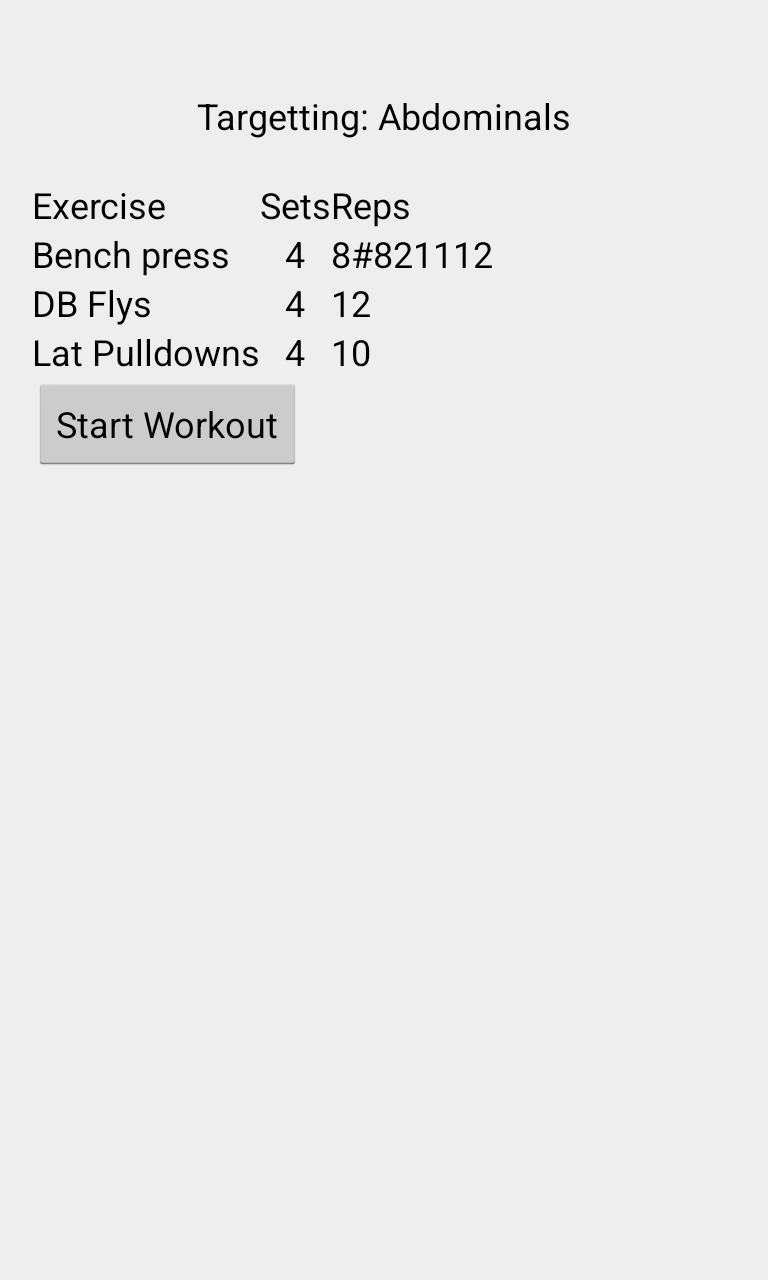
Repository: jmcdon09/EZWorkout
Layout: EzTrain/EzTrain/res/layout/activity_preview_workout.xml
These files come from the project's save history. The layout is drawn as it stood at one moment and after the next save; the edit follows.
It is drawn on a 768 x 1280 px phone screen (xhdpi) without system bars, with theme AppTheme; the app's code is not run.

Above is the layout before, as saved 2014-03-30 14:28:57.

After the next save:
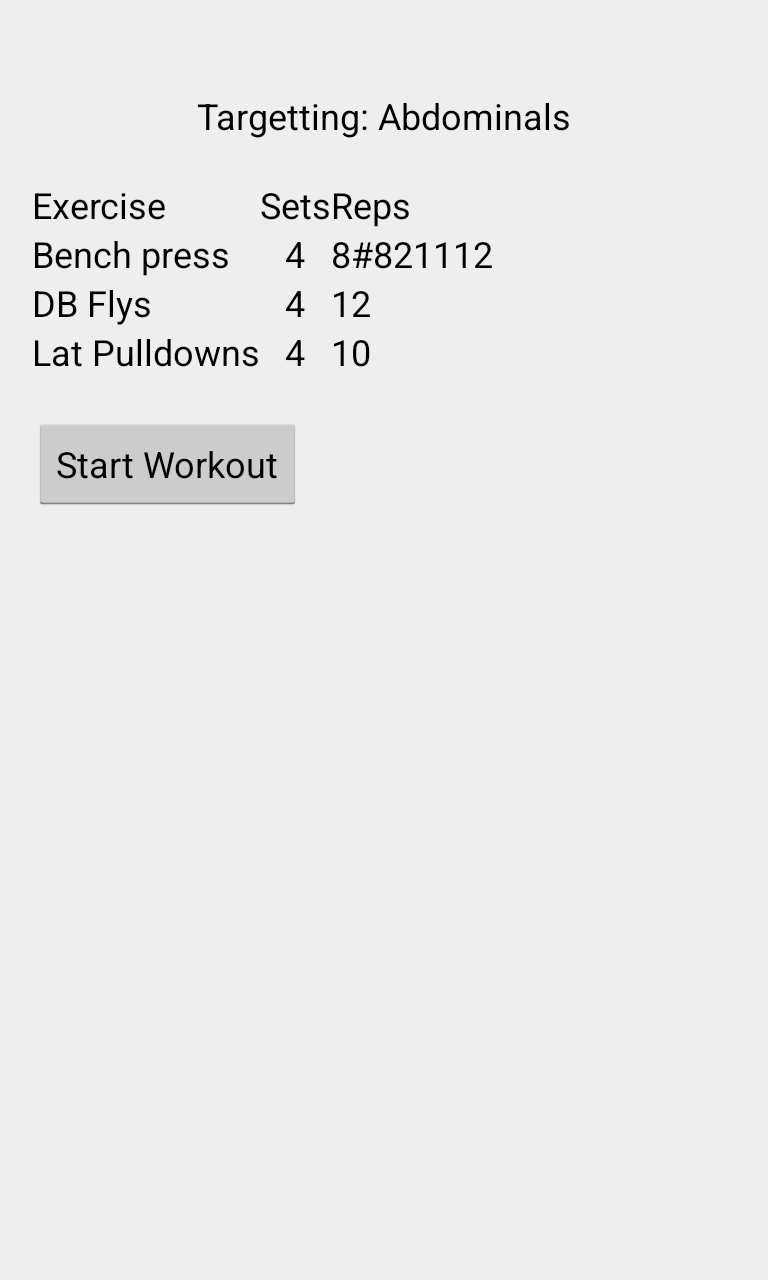
Saved 23 s later.
--- a/EzTrain/EzTrain/res/layout/activity_preview_workout.xml
+++ b/EzTrain/EzTrain/res/layout/activity_preview_workout.xml
@@ -153,6 +153,8 @@
         android:id="@+id/preview_to_start"
         android:layout_width="wrap_content"
         android:layout_height="wrap_content"
+        android:layout_marginTop="20dp"
+        android:gravity="center"
         android:text="@string/start_workout" />
 
 </LinearLayout>
